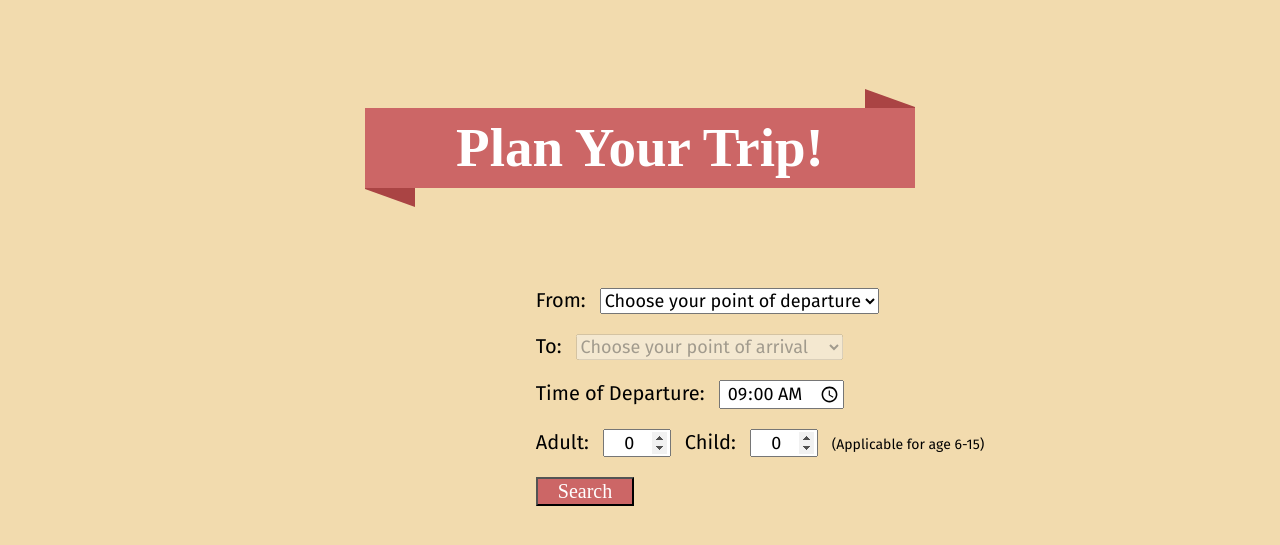
Repository: bbh0607/bae_dNation
Page: public/index.html
These files come from the project's save history. The page is drawn as it stood at one moment and after a run of saves; the edit follows.
The browser window is 1280 px wide. The pictures show the whole page.
Some web fonts or font styles are not loaded; a fallback is used.

Above is the page before, as saved 2020-02-01 15:07:46.

### public/index.html
<!DOCTYPE html>
<html lang="en">
  <head>
    <meta charset="UTF-8" />
    <link rel="stylesheet" type="text/css" href="./css/style.css" />
    <link rel="stylesheet" href="https://fonts.googleapis.com/css?family=Fira+Sans">
    <script src="js/script.js"></script>
    <title>My Website</title>
  </head>
  <body>
    <h1>Plan Your Trip!</h1>
    <form action="result.html" method="POST">
      <ul>
        <li>
          <label for="from">From:</label>
          <select id="fromSelect" name="from" onchange="removeDuplicate(this)" required>
            <option value="DEFAULT" selected disabled hidden>Choose your point of departure</option>
            <option value="KLIA">KLIA (KL International Airport)</option>
            <option value="KLIA2">KLIA2 (Airport Terminal 2)</option>
            <option value="SENTRAL">KL Sentral</option>
            <option value="OTHER">Other..</option>
          </select>
        </li>
        <li>
          <label for="to">To:</label>
          <select id="toSelect" name="to" onchange="removeDuplicate(this)" disabled required>
            <option value="DEFAULT" selected disabled hidden>Choose your point of arrival</option>
            <option value="KLIA">KLIA (KL International Airport)</option>
            <option value="KLIA2">KLIA2 (Airport Terminal 2)</option>
            <option value="SENTRAL">KL Sentral</option>
            <option value="OTHER">Other..</option>
          </select>
        </li>
        <li>
          <label for="deptime">Time of Departure:</label>
          <input type="time" id="deptime" name="deptime" value="09:00" required>
        </li>
        <li>
          <label for="adult">Adult:</label>
          <input type="number" id="adult" name="adult" value="0" min='0' required>
          <label for="child">Child:</label>
          <input type="number" id="child" name="child" value="0" min='0' required>
          <small>(Applicable for age 6-15)</small>
        </li>
        <li>
          <input type="submit" value="Search">
        </li>
      </ul>
    </form a>
  </body>
</html>

### public/css/style.css
/* body {
  background-color: aquamarine;
} */

@import url(https://fonts.googleapis.com/css?family=Patua+One);

body {
  background-color:#F2DBAE;
  align-content: center;
}

h1 {
  background-color:#c66;
  width:550px; height:80px;
  line-height:80px;
  font-size:55px;
  text-align:center;
  position:relative;
  margin:100px auto;
  font-family: 'Patua One', cursive;
  color:#fff;
  }

h1:before, h1:after {
  background-color:#a44;
  width:50px; height:80px;
  content:'';
  display:block;
  transform:skewY(20deg);
  position:absolute;
  z-index:-1;
}

h1:before {top:10px; left:0; }
h1:after {top:-10px; right:0; }

label {
  font-size: 20px;
  font-family: "Fira Sans", sans-serif;
  margin-right: 10px;
}

ul {
  list-style-type: none;
  justify-self: center;
  margin-left: 200px;
}

li {
  margin-top: 20px;
}

select {
  font-family: "Fira Sans", sans-serif;
  font-size: 18px;
  margin-right: 10px;
}

input[type="submit"]{
  background-color: #c66;
  color: #fff;
  font-size: 20px;
  font-family: 'Patua One', cursive;
  padding-left: 20px;
  padding-right: 20px;
}

input[type="number"]{
  width: 60px;
  text-align: center;
  margin-right: 10px;
  font-family: "Fira Sans", sans-serif;
  font-size: 18px;
}

input[type="time"]{
  width: 120px;
  text-align: center;
  font-family: "Fira Sans", sans-serif;
  font-size: 18px;
}

small {
  font-family: "Fira Sans", sans-serif;
  font-size: 14px;
}

input[type='number']::-webkit-inner-spin-button,
input[type='number']::-webkit-outer-spin-button {
    opacity: 1;
}

input[type='time']::-webkit-inner-spin-button,
input[type='time']::-webkit-outer-spin-button {
    opacity: 1;
}

### public/js/script.js
function removeDuplicate(element) {
    const changedId = element.id;
    const comparisonId = changedId == 'fromSelect'? 'toSelect': 'fromSelect';
    const changed = document.getElementById(changedId);
    const compare = document.getElementById(comparisonId)
    if (
      changed.options[changed.selectedIndex].value ==
      compare.options[compare.selectedIndex].value
    ) compare.value="DEFAULT"
    document.getElementById(comparisonId).disabled = false;
}

After the next 2 saves:
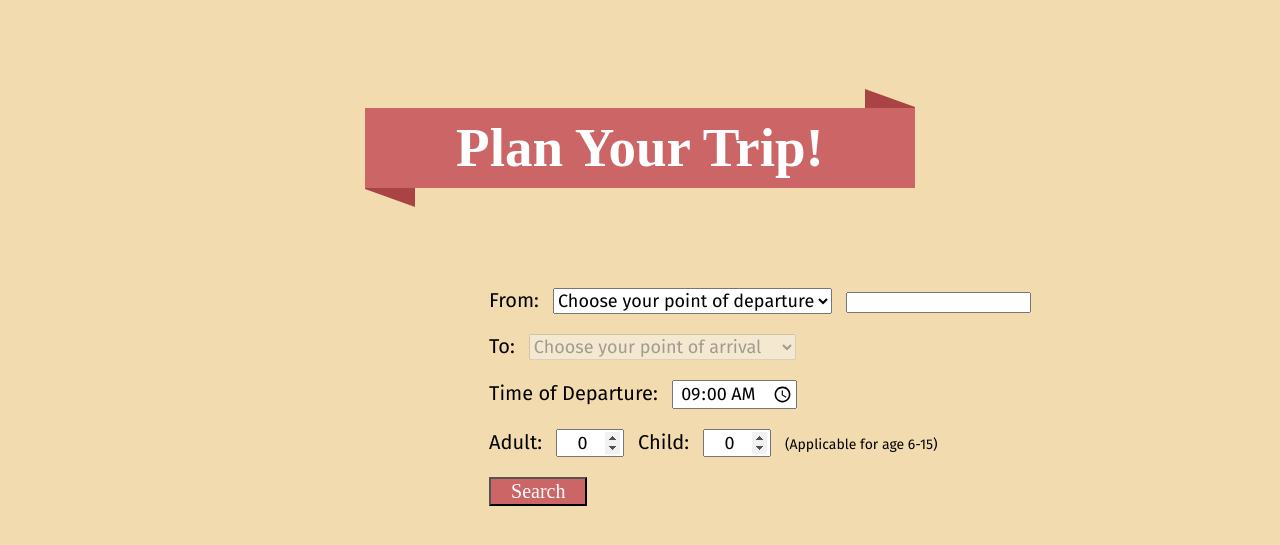
The 2 saves are shown as one change because they came seconds apart.
The last was saved 4 min 51 s later.
--- a/public/index.html
+++ b/public/index.html
@@ -20,6 +20,7 @@
             <option value="SENTRAL">KL Sentral</option>
             <option value="OTHER">Other..</option>
           </select>
+          <input type="text"
         </li>
         <li>
           <label for="to">To:</label>
